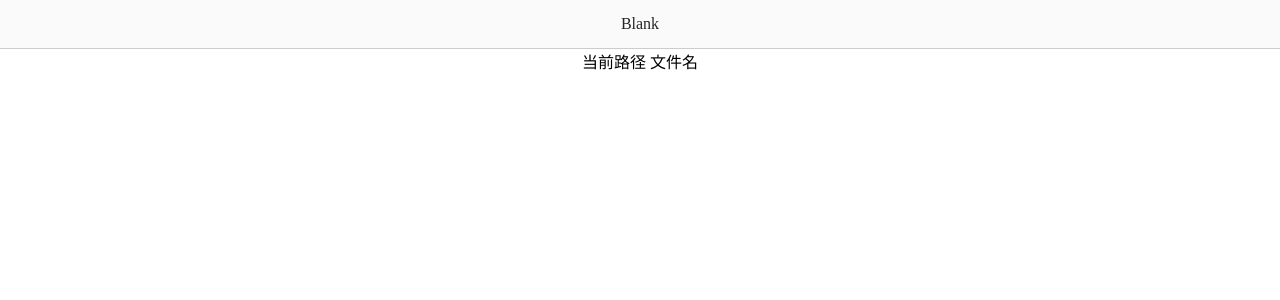
Repository: andycj7/-
Page: JS插件开发/filesystem/index.html
The author's editor kept a copy of each file at every save. The page is drawn from the files as they stood at one save, then again after the next save.
The browser window is 1280 px wide. The pictures show the whole page.

Above is the page before, as saved 2020-07-21 07:45:18.
Console error (its wording comes from the project's code and is left out).

### JS插件开发/filesystem/index.html
<html>

<head>
<meta charset="utf-8">
<meta name="viewport"
	content="initial-scale=1, maximum-scale=1, user-scalable=no, width=device-width">
<title>Blank</title>
<link rel="stylesheet" href="css/base.css">
</head>

<body>
	<div class="title">Blank</div>
	<div class="line"></div>
	<div class="div-parent">
		<div class="div-control">
			<div>
				<label>当前路径</label>
				<label>文件名</label>
			</div>

		</div>
		<div id="div_display" class="div-child-2">
		</div>
	</div>
</body>
<script src="js/GeoBOS.min.js"></script>
<script src="js/GeoBOS.filesystem.min.js"></script>
<script src="js/index.js"></script>
</html>

### JS插件开发/filesystem/css/base.css
@charset "UTF-8";

body {
	margin: 0;
}

.title {
	height: 48px;
	font-size: 16px;
	line-height: 48px;
	text-align: center;
	color: rgba(0, 0, 0, .85);
	background-color: #fafafa;
}

.line {
	width: 100%;
	height: 1px;
	background-color: rgb(204, 204, 204);
}

.div-parent {
	display: flex;
	flex-direction: column;
	justify-content: center;
	width: 100%;
}

.div-control {
	display: flex;
	flex-direction: row;
	justify-content: space-around;
}

.div-child-2 {

}

.label {
	width: 16%;
	height: 30px;
	text-align: center;
	line-height: 30px;
	font-size: 10px;
}

.input-path {
	width: 60%;
	height: 30px;
	overflow: hidden;
	line-height: 20px;
	font-size: 15px;
	font-size: 12px;
}

.button {
	width: 12%;
	height: 30px;
	font-size: 12px;
}

.input-file {
	width: 100%;
	height: 30px;
	overflow: hidden;
	border: none;
	line-height: 35px;
	font-size: 15px;
}

### JS插件开发/filesystem/js/GeoBOS.filesystem.min.js
GeoBOS.filesystem = {

	init : function (cb) {
		GeoBOS.plugin.execute("FileSystemPlugin", "init", GeoBOS.getId(), '', null, cb);
	},
	open : function (name, cb) {
		GeoBOS.plugin.execute("FileSystemPlugin", "open", GeoBOS.getId(), name, null, cb);
	},
	back : function (cb) {
		GeoBOS.plugin.execute("FileSystemPlugin", "back", GeoBOS.getId(), '', null, cb);
	}
}

Loaded but not shown: JS插件开发/filesystem/js/GeoBOS.min.js (library); JS插件开发/filesystem/js/index.js (no copy from this time; the picture is the same without it)

After the next save:
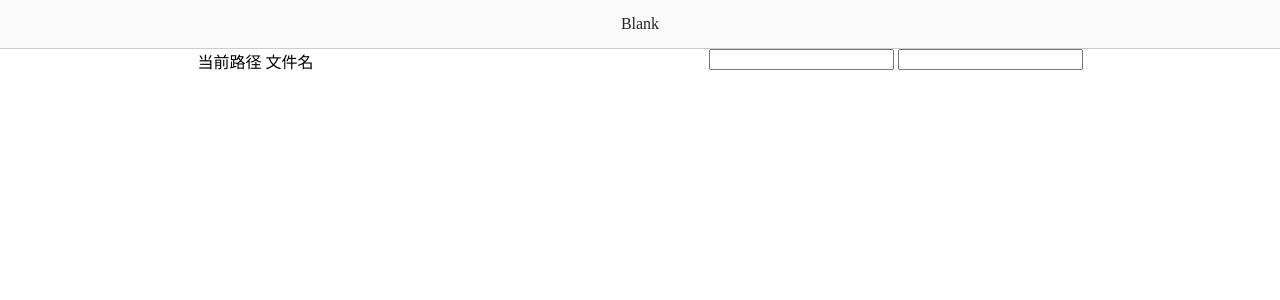
Saved 42 s later.
--- a/JS插件开发/filesystem/index.html
+++ b/JS插件开发/filesystem/index.html
@@ -17,7 +17,10 @@
 				<label>当前路径</label>
 				<label>文件名</label>
 			</div>
-
+			<div>
+				<input></input>
+				<input></input>
+			</div>
 		</div>
 		<div id="div_display" class="div-child-2">
 		</div>
